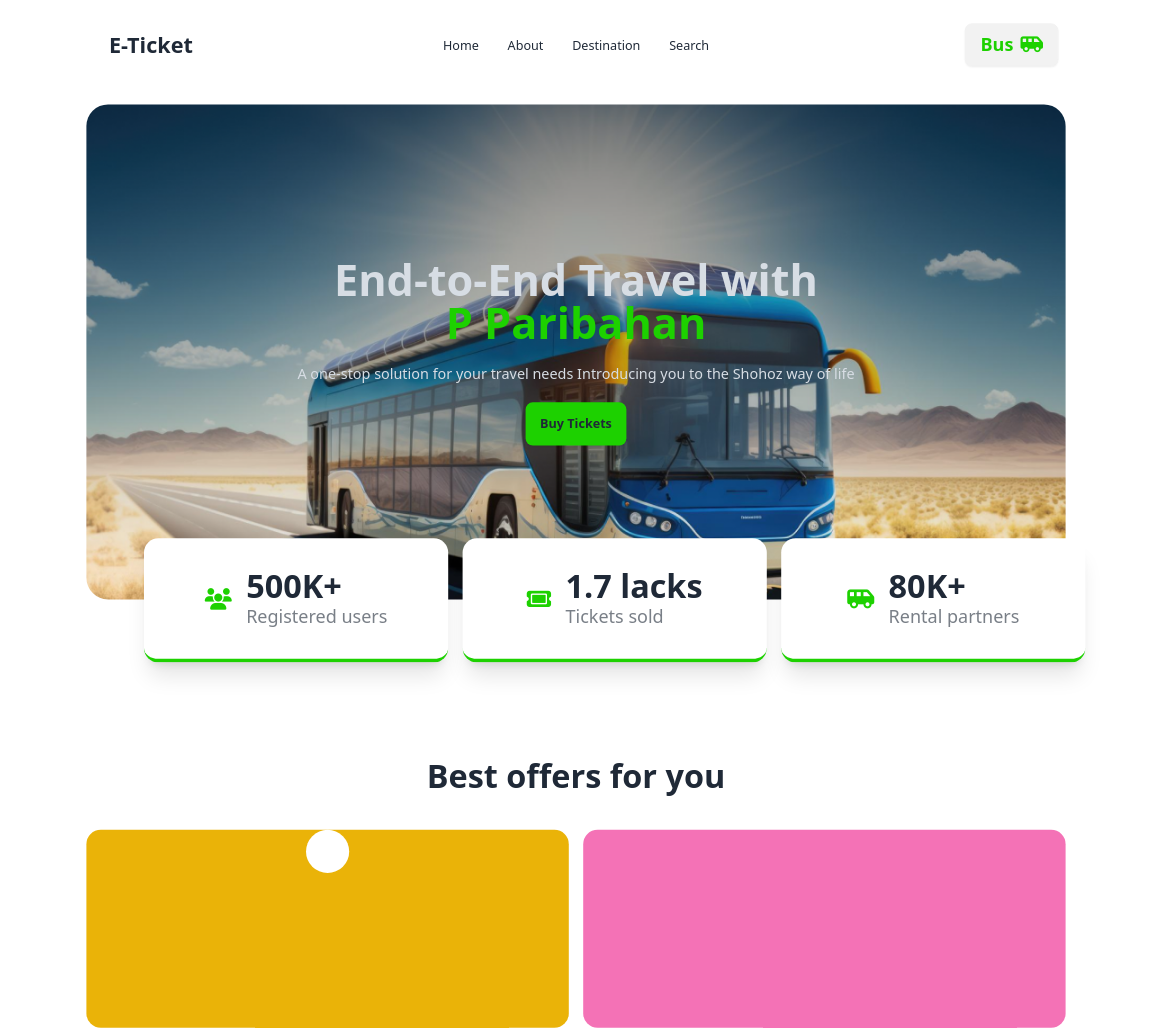
Repository: RudrasahaDibos/Smart-ticketing
Page: index.html
These files come from the project's save history. The page is drawn as it stood at one moment and after the next save; the edit follows.
The browser window is 1280 px wide. The pictures show the whole page, at 90% of full size.
Some web fonts or font styles are not loaded; a fallback is used. Some web libraries are served in a nearby version.

Above is the page before, as saved 2024-11-10 01:08:22.

After the next save:
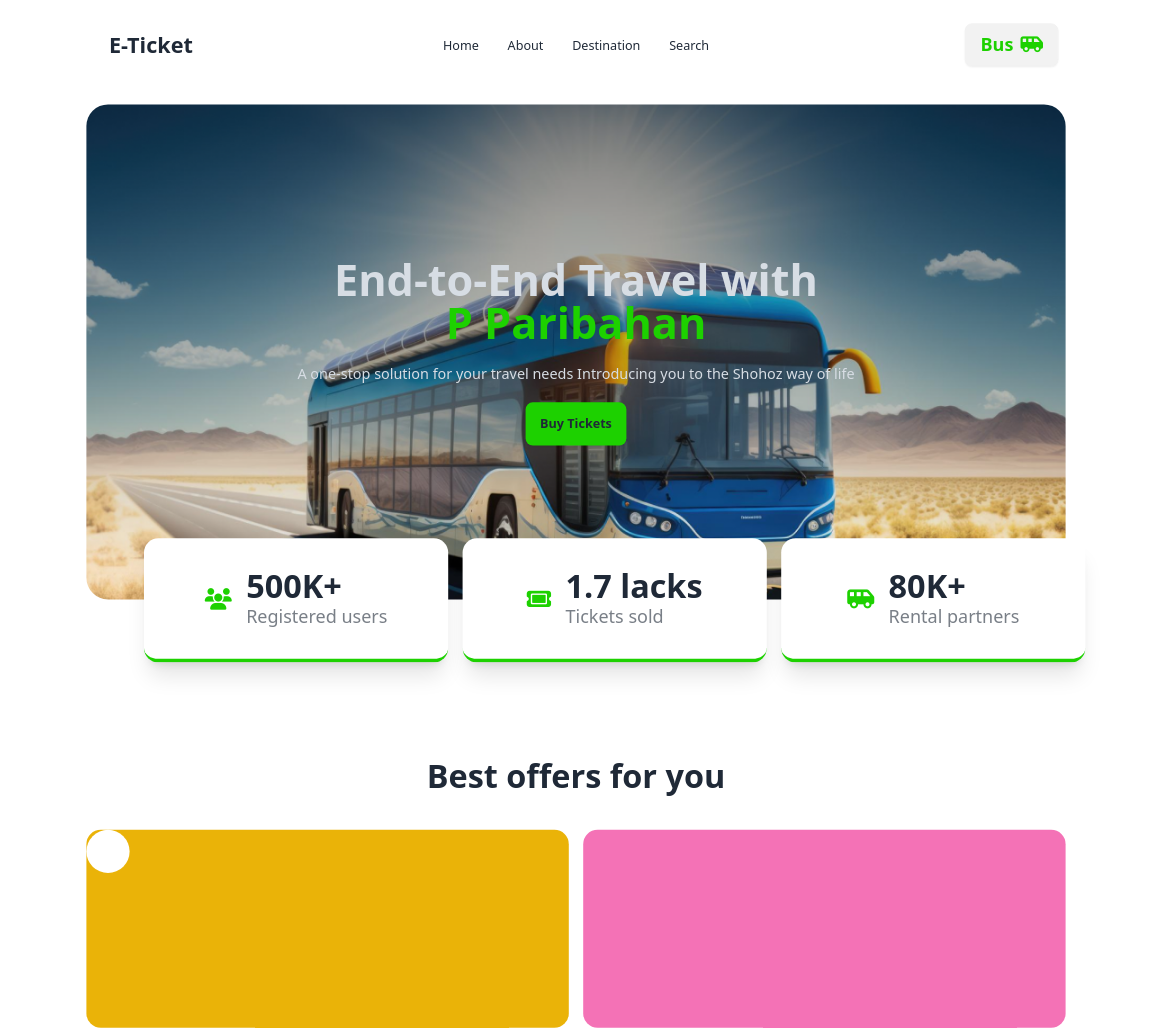
Saved 24 s later.
--- a/index.html
+++ b/index.html
@@ -156,7 +156,7 @@
 
                                 <div class="flex gap-4 mt-10">
                                     <div class="bg-yellow-500  w-[573px] h-[220px] rounded-2xl">
-                                               <p class="bg-white w-[48px] h-[48px] mx-auto rounded-full mb-6"></p>
+                                               <p class="bg-white w-[48px] h-[48px] absolute mx-auto rounded-full mb-6"></p>
                                     </div>
                                     <div class="bg-pink-400   w-[573px] h-[220px] rounded-2xl">
 
